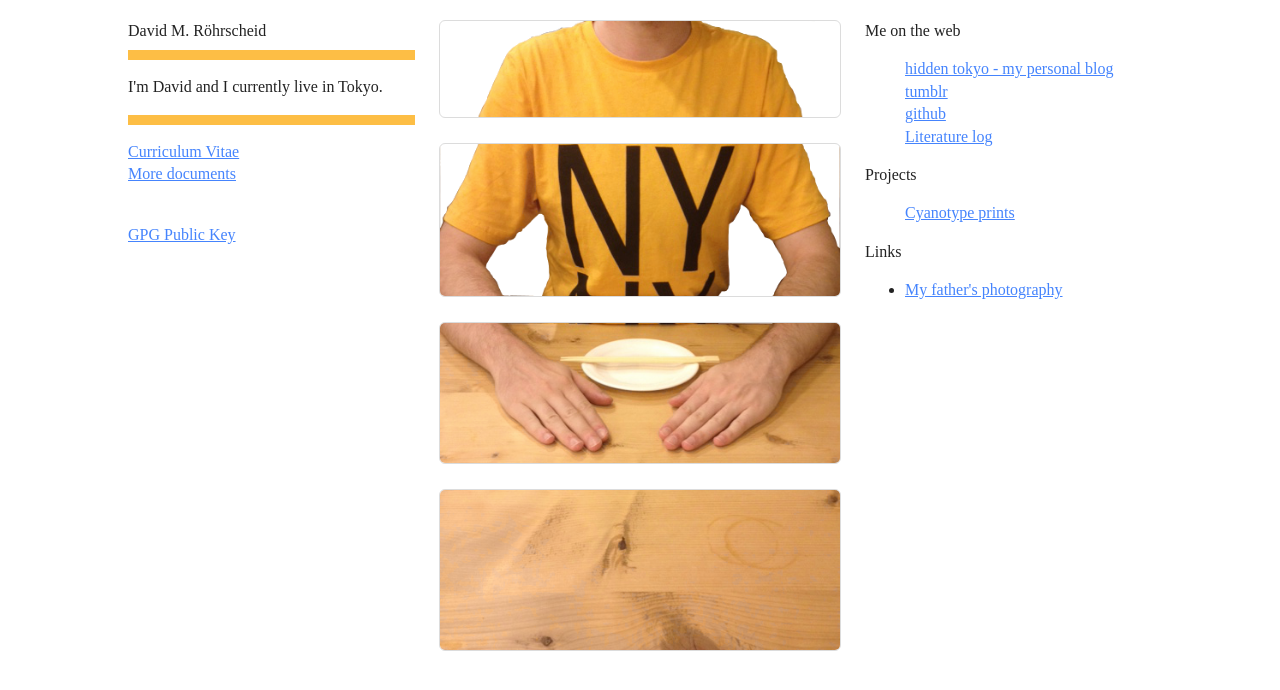
Repository: mrdavid/mrdavid.github.io
Page: index.html
The author's editor kept a record of every edit. The page is drawn from the files as they stood at one moment, then again after the next edit.
The browser window is 1280 px wide. The pictures show the whole page.
Some web fonts or font styles are not loaded; a fallback is used. Some web libraries are served in a nearby version.

Above is the page before.

### index.html
<!DOCTYPE html>
<!--[if lt IE 7]>      <html class="no-js lt-ie9 lt-ie8 lt-ie7"> <![endif]-->
<!--[if IE 7]>         <html class="no-js lt-ie9 lt-ie8"> <![endif]-->
<!--[if IE 8]>         <html class="no-js lt-ie9"> <![endif]-->
<!--[if gt IE 8]><!--> <html class="no-js"> <!--<![endif]-->
    <head>
        <meta charset="utf-8">
        <meta http-equiv="X-UA-Compatible" content="IE=edge">
        <title>davidr.co - David M. Röhrscheid</title>
        <meta name="description" content="">
        <meta name="viewport" content="width=device-width, initial-scale=1">

        <!-- Place favicon.ico and apple-touch-icon.png in the root directory -->

        <link rel="stylesheet" href="css/normalize.css">
        <link rel="stylesheet" href="css/main.css">
        <!-- Google Web fonts -->
         <link rel="stylesheet" type="text/css" href="http://fonts.googleapis.com/css?family=Quattrocento">
        <script src="js/vendor/modernizr-2.6.2.min.js"></script>
    </head>
    <body>
        <!--[if lt IE 7]>
            <p class="browsehappy">You are using an <strong>outdated</strong> browser. Please <a href="http://browsehappy.com/">upgrade your browser</a> to improve your experience.</p>
        <![endif]-->

        <!-- BEGIN content -->
        <div class="container">
            <div class="col-left">
                David M. R&ouml;hrscheid
                <hr />
                <p>
                I'm David and I currently live in Tokyo.
                </p>
                <hr />
                <p>
                 <a href="http://dl.dropboxusercontent.com/u/1297172/share/2013_CV.pdf">Curriculum Vitae</a> <!-- (<a href="more.html">more...</a>) -->
                 <!-- <br /> <a href="http://dl.dropboxusercontent.com/u/1297172/share/2013_CV.pdf">English</a><!-- &middot; <a href="http://dl.dropboxusercontent.com/u/1297172/2012CV_Nihongo.pdf">日本語</a>. -->
                 <br />
                 <a href="more.html">More documents</a><br>
                 <br />
                </p>
                <p>
                    <a href="http://dl.dropboxusercontent.com/u/1297172/share/gpgpublickey.asc">GPG Public Key</a>
                </p>
            </div>
            <div class="col-center">
                <img class="illustration" src="img/00.png">
                <img class="illustration" src="img/01.png">
                <img class="illustration mobile" src="img/02.png">
                <img class="illustration" src="img/03.png">
            </div>
            <div class="col-right">
                Me on the web
                <ul class="external-links">
                    <li><a href="http://hidden.tokyo">hidden tokyo - my personal blog</a></li>
                    <li><a href="http://tumblr.davidr.co/">tumblr</a></li>
                    <li><a href="https://github.com/mrdavid/">github</a></li>
                    <li><a href="reading.html">Literature log</a></li>
                </ul>
                Projects
                <ul class="external-links">
                    <li><a href="projects/cyanotype.html">Cyanotype prints</a></li>
                    <!-- <li>Lucid Dreaming</li> -->
                    <!-- <li>数据分析</li> -->
                </ul>
                Links
                <ul>
                     <li><a href="http://www.roehrscheid-fotografie.de/">My father's photography</a></li>
                </ul>
            </div>
        </div>

        <!-- END content -->
        <script src="//ajax.googleapis.com/ajax/libs/jquery/1.10.2/jquery.min.js"></script>
        <script>window.jQuery || document.write('<script src="js/vendor/jquery-1.10.2.min.js"><\/script>')</script>
        <script src="js/plugins.js"></script>
        <script src="js/main.js"></script>

        <!-- Google Analytics. -->
        <script>
            (function(i,s,o,g,r,a,m){i['GoogleAnalyticsObject']=r;i[r]=i[r]||function(){
                (i[r].q=i[r].q||[]).push(arguments)},i[r].l=1*new Date();a=s.createElement(o),
                m=s.getElementsByTagName(o)[0];a.async=1;a.src=g;m.parentNode.insertBefore(a,m)
            })(window,document,'script','//www.google-analytics.com/analytics.js','ga');

            ga('create', 'UA-44280541-1', 'davidr.co');
            ga('send', 'pageview');

        </script>
    </body>
</html>

### css/main.css
/*! HTML5 Boilerplate v4.3.0 | MIT License | http://h5bp.com/ */

/*
 * What follows is the result of much research on cross-browser styling.
 * Credit left inline and big thanks to Nicolas Gallagher, Jonathan Neal,
 * Kroc Camen, and the H5BP dev community and team.
 */

/* ==========================================================================
   Base styles: opinionated defaults
   ========================================================================== */

html,
button,
input,
select,
textarea {
    color: #222;
}

html {
    font-size: 1em;
    font-weight: 500;
    font-family: "Quattrocento";
    line-height: 1.4;
}

/*
 * Remove text-shadow in selection highlight: h5bp.com/i
 * These selection rule sets have to be separate.
 * Customize the background color to match your design.
 */

::-moz-selection {
    background: #fed077;
    text-shadow: none;
}

::selection {
    background: #fed077;
    text-shadow: none;
}

/*
 * A better looking default horizontal rule
 */

/*
hr {
    display: block;
    height: 1px;
    border: 0;
    border-top: 1px solid #ccc;
    margin: 1em 0;
    padding: 0;
} */

/*
 * Remove the gap between images, videos, audio and canvas and the bottom of
 * their containers: h5bp.com/i/440
 */

audio,
canvas,
img,
video {
    vertical-align: middle;
}

/*
 * Remove default fieldset styles.
 */

fieldset {
    border: 0;
    margin: 0;
    padding: 0;
}

/*
 * Allow only vertical resizing of textareas.
 */

textarea {
    resize: vertical;
}

/* ==========================================================================
   Browse Happy prompt
   ========================================================================== */

.browsehappy {
    margin: 0.2em 0;
    background: #ccc;
    color: #000;
    padding: 0.2em 0;
}

/* ==========================================================================
   Author's custom styles
   ========================================================================== */

hr {
    display: block;
    width: 100%;
    height: 10px;
    color: #fdbe45;
    border: 0px;
    background-color: #fdbe45;
}

/*
.illustration:hover{
    height: 123px;
}
*/

a {
    color: #4584fd;
}

a:visited{
    color: #fd4584;
}

.illustration{
  display: block;
  margin-left: auto;
  margin-right: auto;
  border: 1px solid #dcdcdc;
  border-radius: 6px;

/*
  transition: all 1s;
  -webkit-transition: all 1s;
  -moz-transition: all 1s;
  -o-transition: all 1s;
  */

  margin-bottom: 25px;
  width: 400px;
}

ul.external-links{
    list-style-type: none;
}

@media (min-width: 1024px) {
    .col-left, .col-right{
        float: left;
        width: 287px;
        margin: 0;
        border: 0;
        padding:0;
    }

    .col-center{
        float: left;
        width: 450px;
        margin: 0;
        border: 0;
        padding:0;
    }

    .container{
        margin-top: 20px;
        width: 1024px;
        margin-left: auto;
        margin-right: auto;
    }
    .container:after {
      content: "";
      display: table;
      clear: both;
    }
}

@media (max-width: 1024px){
    .illustration{
        display: none;
    }

    img.always{
        display: block;
        margin-bottom: 5px;
    }

    .container{
        margin: 10px;
    }
}

/* ==========================================================================
   Helper classes
   ========================================================================== */

/*
 * Image replacement
 */

.ir {
    background-color: transparent;
    border: 0;
    overflow: hidden;
    /* IE 6/7 fallback */
    *text-indent: -9999px;
}

.ir:before {
    content: "";
    display: block;
    width: 0;
    height: 150%;
}

/*
 * Hide from both screenreaders and browsers: h5bp.com/u
 */

.hidden {
    display: none !important;
    visibility: hidden;
}

/*
 * Hide only visually, but have it available for screenreaders: h5bp.com/v
 */

.visuallyhidden {
    border: 0;
    clip: rect(0 0 0 0);
    height: 1px;
    margin: -1px;
    overflow: hidden;
    padding: 0;
    position: absolute;
    width: 1px;
}

/*
 * Extends the .visuallyhidden class to allow the element to be focusable
 * when navigated to via the keyboard: h5bp.com/p
 */

.visuallyhidden.focusable:active,
.visuallyhidden.focusable:focus {
    clip: auto;
    height: auto;
    margin: 0;
    overflow: visible;
    position: static;
    width: auto;
}

/*
 * Hide visually and from screenreaders, but maintain layout
 */

.invisible {
    visibility: hidden;
}

/*
 * Clearfix: contain floats
 *
 * For modern browsers
 * 1. The space content is one way to avoid an Opera bug when the
 *    `contenteditable` attribute is included anywhere else in the document.
 *    Otherwise it causes space to appear at the top and bottom of elements
 *    that receive the `clearfix` class.
 * 2. The use of `table` rather than `block` is only necessary if using
 *    `:before` to contain the top-margins of child elements.
 */

.clearfix:before,
.clearfix:after {
    content: " "; /* 1 */
    display: table; /* 2 */
}

.clearfix:after {
    clear: both;
}

/*
 * For IE 6/7 only
 * Include this rule to trigger hasLayout and contain floats.
 */

.clearfix {
    *zoom: 1;
}

/* ==========================================================================
   EXAMPLE Media Queries for Responsive Design.
   These examples override the primary ('mobile first') styles.
   Modify as content requires.
   ========================================================================== */

@media only screen and (min-width: 35em) {
    /* Style adjustments for viewports that meet the condition */
}

@media print,
       (-o-min-device-pixel-ratio: 5/4),
       (-webkit-min-device-pixel-ratio: 1.25),
       (min-resolution: 120dpi) {
    /* Style adjustments for high resolution devices */
}

/* ==========================================================================
   Print styles.
   Inlined to avoid required HTTP connection: h5bp.com/r
   ========================================================================== */

@media print {
    * {
        background: transparent !important;
        color: #000 !important; /* Black prints faster: h5bp.com/s */
        box-shadow: none !important;
        text-shadow: none !important;
    }

    a,
    a:visited {
        text-decoration: underline;
    }

    a[href]:after {
        content: " (" attr(href) ")";
    }

    abbr[title]:after {
        content: " (" attr(title) ")";
    }

    /*
     * Don't show links for images, or javascript/internal links
     */

    .ir a:after,
    a[href^="javascript:"]:after,
    a[href^="#"]:after {
        content: "";
    }

    pre,
    blockquote {
        border: 1px solid #999;
        page-break-inside: avoid;
    }

    thead {
        display: table-header-group; /* h5bp.com/t */
    }

    tr,
    img {
        page-break-inside: avoid;
    }

    img {
        max-width: 100% !important;
    }

    @page {
        margin: 0.5cm;
    }

    p,
    h2,
    h3 {
        orphans: 3;
        widows: 3;
    }

    h2,
    h3 {
        page-break-after: avoid;
    }
}

### js/plugins.js
// Avoid `console` errors in browsers that lack a console.
(function() {
    var method;
    var noop = function () {};
    var methods = [
        'assert', 'clear', 'count', 'debug', 'dir', 'dirxml', 'error',
        'exception', 'group', 'groupCollapsed', 'groupEnd', 'info', 'log',
        'markTimeline', 'profile', 'profileEnd', 'table', 'time', 'timeEnd',
        'timeStamp', 'trace', 'warn'
    ];
    var length = methods.length;
    var console = (window.console = window.console || {});

    while (length--) {
        method = methods[length];

        // Only stub undefined methods.
        if (!console[method]) {
            console[method] = noop;
        }
    }
}());

// Place any jQuery/helper plugins in here.

Loaded but not shown: css/normalize.css (library); js/vendor/modernizr-2.6.2.min.js (library); js/main.js (common file)

After the next edit:
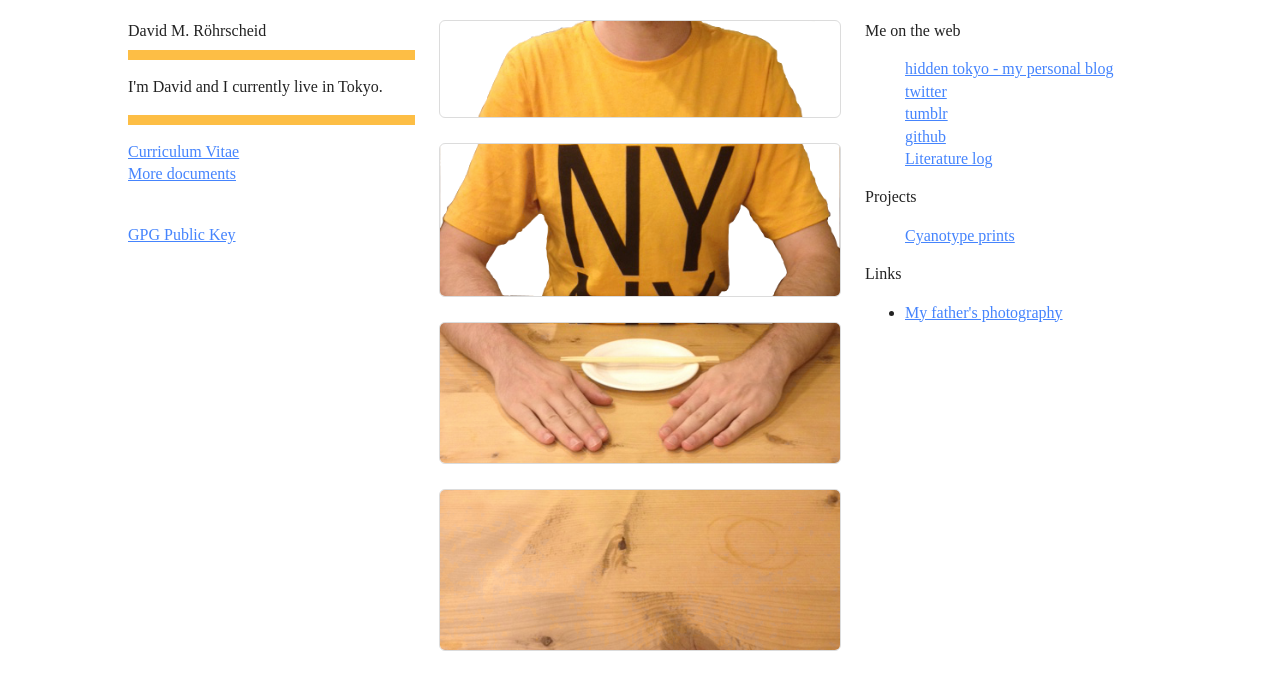
The edit:
--- a/index.html
+++ b/index.html
@@ -53,6 +53,7 @@
                 Me on the web
                 <ul class="external-links">
                     <li><a href="http://hidden.tokyo">hidden tokyo - my personal blog</a></li>
+                    <li><a href="http://twitter.com/daviddavid">twitter</a></li>
                     <li><a href="http://tumblr.davidr.co/">tumblr</a></li>
                     <li><a href="https://github.com/mrdavid/">github</a></li>
                     <li><a href="reading.html">Literature log</a></li>
